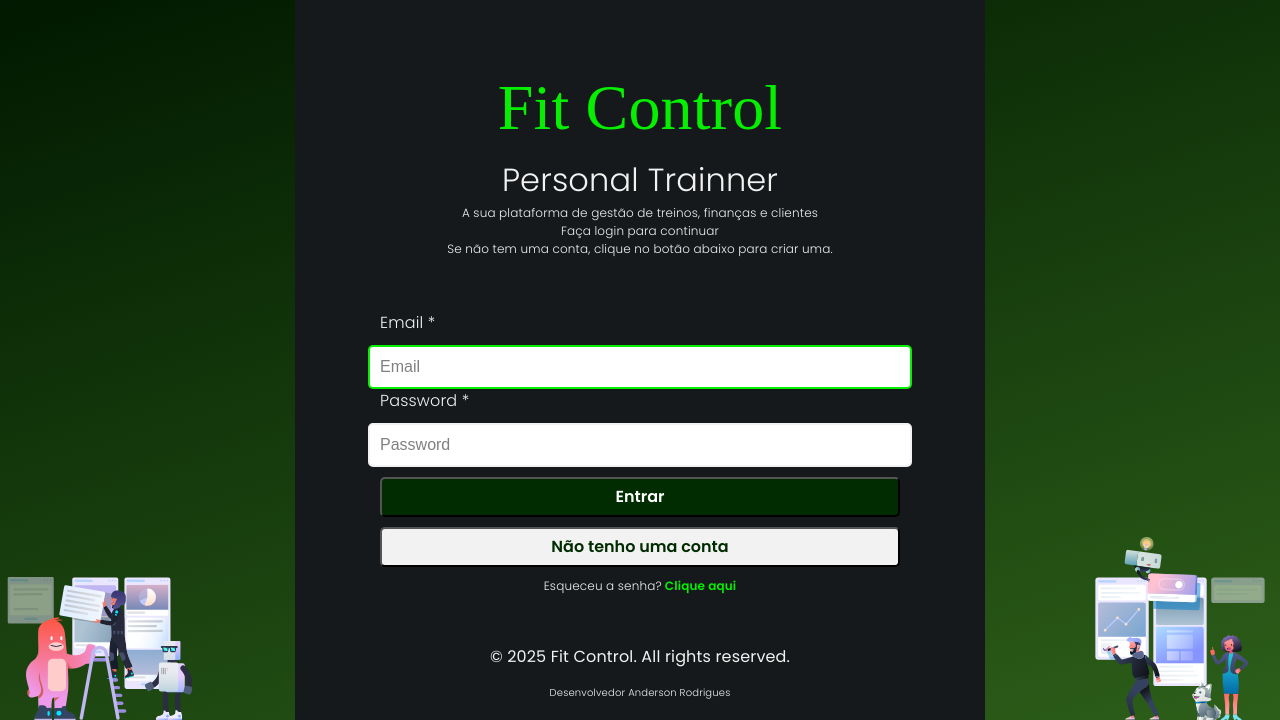
Repository: fit-control/frontend-fit-control
Page: /
These files come from the project's save history. The page is drawn as it stood at one moment and after the next save; the edit follows.
The browser window is 1280 px wide. The pictures show the whole page.
Some web fonts or font styles are not loaded; a fallback is used. The project was rebuilt for these pictures with package versions that can differ from the ones it lists, and the page was loaded fresh each time. Settings that the repository does not hold, such as keys and server addresses, were given made-up values. Also part of the build but not shown: next.config.js, vite.config.ts, src/components/containerCenterCadastro.tsx, src/pages/About.tsx, src/pages/NotFound.tsx, src/components/AuthRoutes.tsx, src/pages/PaginaTeste.tsx.

Above is the page before, as saved 2025-03-23 20:04:40.

After the next save:
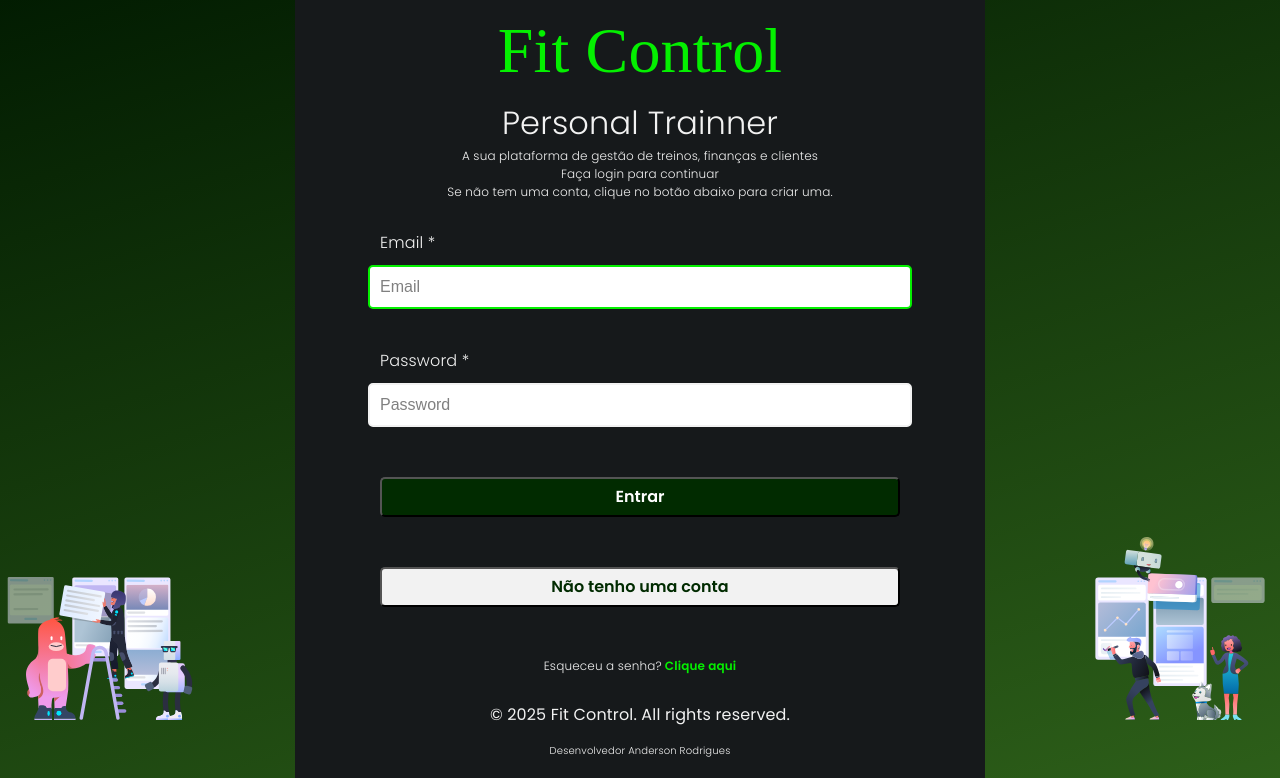
Saved 25 s later.
--- a/src/App.css
+++ b/src/App.css
@@ -139,7 +139,7 @@ body {
       flex-direction: column;
       align-items: center;
       justify-content: center;
-      /* gap: 40px; */
+      gap: 40px;
       width: -webkit-fill-available;
 
 
